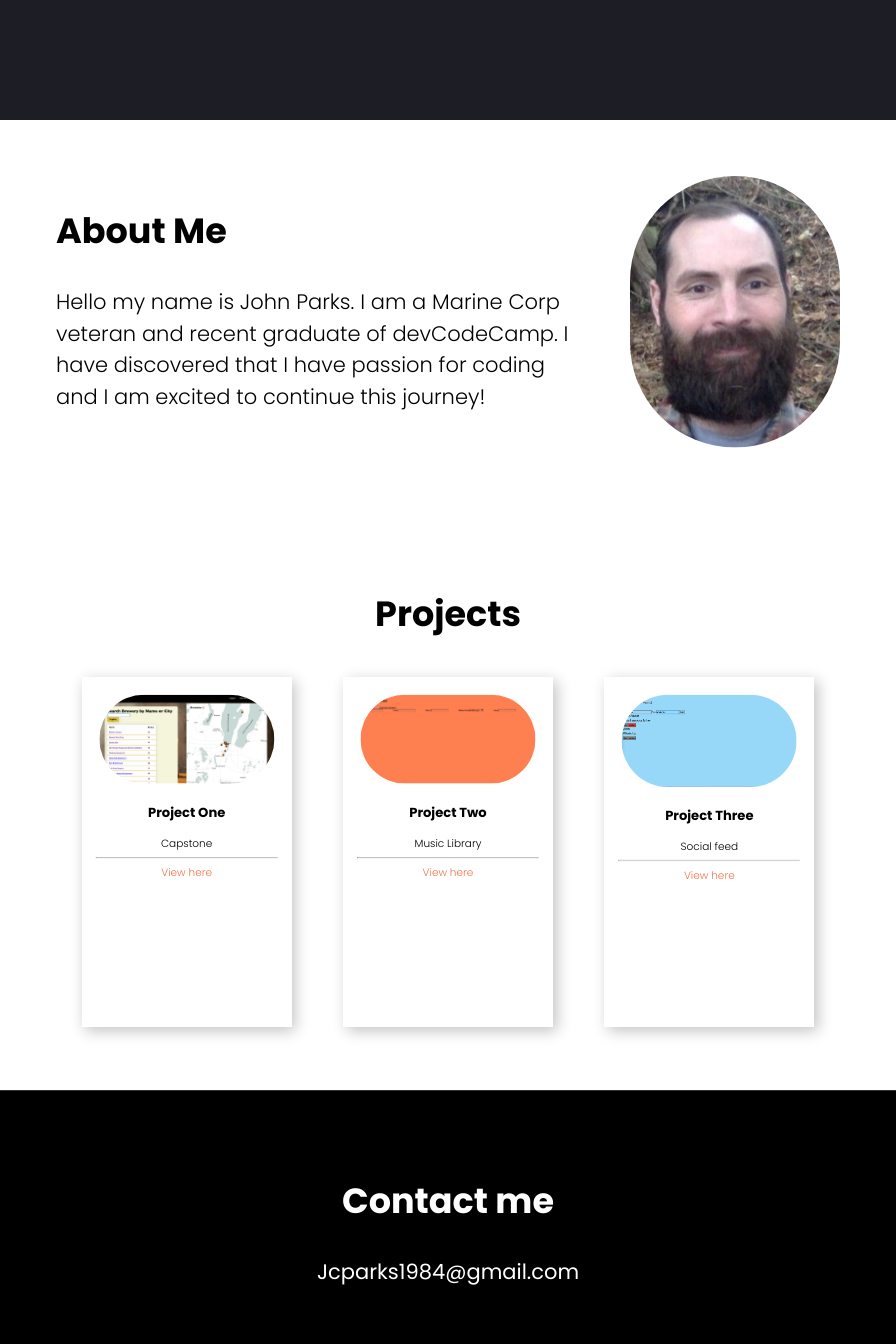
Repository: Jcparks84/Portfolio
Page: index.html
The author's editor kept a copy of each file at every save. The page is drawn from the files as they stood at one save, then again after the next save.
The browser window is 1280 px wide. The pictures show the part of the page from y = 549 to 2469 px (the page is 2469 px tall), at 70% of full size.
A picture or video elsewhere on the page could not be fetched, so the positions and the page height are approximate. Some web libraries are served in a nearby version.

Above is the page before, as saved 2022-08-10 18:51:45.

### index.html
<!DOCTYPE html>
<html>
  <head>
    <link rel="stylesheet" href="src/styles.css" />
    <link rel="preconnect" href="https://fonts.gstatic.com">
    <link rel="preconnect" href="https://fonts.gstatic.com">
    <link href="https://fonts.googleapis.com/css2?family=Poppins:wght@300;400;600;700;800&display=swap" rel="stylesheet">
    <script src="https://kit.fontawesome.com/761e4c8e5c.js" crossorigin="anonymous"></script>
    <title>Portfolio</title>
    <meta charset="UTF-8" />
  </head>
  <body>
      <section class="hero">
          <nav>
            <img class="logo" src="src/images/coding-png-11.png" alt="John's Logo"/>
            <ul id="nav-list">
                  <li><a href="#about-me">About me</a></li>
                  <li><a href="#projects">Projects</a></li>
                  <li><a href="#contact-me">Contact</a></li>
              </ul>
              <button class="hamburger" id="hamburger">
                  <i class="fas fa-bars"></i>
              </button>
          </nav>
          <div class="hero-area">
            <div class="hero-text">
                <h1>John Parks</h1>
                <p>Full Stack Developer</p>
                <div class="button"><a href="#about-me">About me</a></div>
            </div>
            <div class="socials">
                <!-- lnkedin -->
                <a href="https://www.linkedin.com/in/jcparks84/" class="social">
                    <svg xmlns="http://www.w3.org/2000/svg" fill="#ffffff" width="50" height="50" viewBox="0 0 24 24"><path d="M19 0h-14c-2.761 0-5 2.239-5 5v14c0 2.761 2.239 5 5 5h14c2.762 0 5-2.239 5-5v-14c0-2.761-2.238-5-5-5zm-11 19h-3v-11h3v11zm-1.5-12.268c-.966 0-1.75-.79-1.75-1.764s.784-1.764 1.75-1.764 1.75.79 1.75 1.764-.783 1.764-1.75 1.764zm13.5 12.268h-3v-5.604c0-3.368-4-3.113-4 0v5.604h-3v-11h3v1.765c1.396-2.586 7-2.777 7 2.476v6.759z"/></svg>
                </a>
                <!-- Github -->
                <a href="https://github.com/Jcparks84" class="social">
                    <svg xmlns="http://www.w3.org/2000/svg" fill="#ffffff" width="50" height="50" viewBox="0 0 24 24"><path d="M12 0c-6.626 0-12 5.373-12 12 0 5.302 3.438 9.8 8.207 11.387.599.111.793-.261.793-.577v-2.234c-3.338.726-4.033-1.416-4.033-1.416-.546-1.387-1.333-1.756-1.333-1.756-1.089-.745.083-.729.083-.729 1.205.084 1.839 1.237 1.839 1.237 1.07 1.834 2.807 1.304 3.492.997.107-.775.418-1.305.762-1.604-2.665-.305-5.467-1.334-5.467-5.931 0-1.311.469-2.381 1.236-3.221-.124-.303-.535-1.524.117-3.176 0 0 1.008-.322 3.301 1.23.957-.266 1.983-.399 3.003-.404 1.02.005 2.047.138 3.006.404 2.291-1.552 3.297-1.23 3.297-1.23.653 1.653.242 2.874.118 3.176.77.84 1.235 1.911 1.235 3.221 0 4.609-2.807 5.624-5.479 5.921.43.372.823 1.102.823 2.222v3.293c0 .319.192.694.801.576 4.765-1.589 8.199-6.086 8.199-11.386 0-6.627-5.373-12-12-12z"/></svg>
                </a>
            </div>
            </div>
          </div>
      </section>
      <section class="sub-section" id="about-me">
          <div class="information">
              <h2>About Me</h2>
              <p>Hello my name is John Parks.  I am a Marine Corp veteran and recent graduate of devCodeCamp.
                I have discovered that I have passion for coding and I am excited to continue this journey!</p>
          </div>
          <div class="headshot-container">
            <img class="headshot" src="src/images/headshot.png" alt="image" loading="lazy">
        </div>
      </section>
      <section class="sub-section-alternative" id="projects">
          <h2>Projects</h2>
          <div class="project-container">
              <div class="project-card">
                  <img class="project-image" src="/Users/johnparks/Desktop/random code/Portfolio/src/images/Capstone copy.png" alt="Project One Image"/>
                  <h3>Project One</h3>
                  <p class="subtext">Capstone</p>
                  <hr/>
                  <p class="subtext"><a class="project-link" href="https://github.com/Jcparks84/Capstone">View here</a></p>
              </div>
              <div class="project-card">
                <img class="project-image" src="/Users/johnparks/Desktop/random code/Portfolio/src/images/music_library.png" alt="Project One Image"/>
                <h3>Project Two</h3>
                <p class="subtext">Music Library</p>
                <hr/>
                <p class="subtext"><a class="project-link" href="https://github.com/Jcparks84/music_library">View here</a></p>
              </div>
              <div class="project-card">
                <img class="project-image" src="/Users/johnparks/Desktop/random code/Portfolio/src/images/social_feed.png" alt="Project One Image"/>
                <h3>Project Three</h3>
                <p class="subtext">Social feed</p>
                <hr/>
                <p class="subtext"><a class="project-link" href="https://github.com/Jcparks84/social_feed">View here</a></p>
              </div>
          </div>
      </section>
      <footer id="contact-me">
          <h2>Contact me</h2>
          <a class="mail" href = "mailto: abc@example.com">Jcparks1984@gmail.com</a>
            </footer>
    <script src="src/app.js"></script>
  </body>
</html>

### src/styles.css
body {
    font-family: 'Poppins', sans-serif;
    margin: 0;
}

section {
    background-color: white;
}

.hero {
    background-color: #1c1d25;
    height: 100vh;
    color: white;
    font-size: 40px;
}

footer {
    background-color: black;
    color: white;
    text-align: center;
    padding: 80px;
}

nav {
    display: flex;
    justify-content: space-between;
}

ul {
    display: flex;
    list-style-type: none;
    width: 500px;
    justify-content: space-around;
    font-size: 30px;
}

li {
    text-decoration: none;
}

h1 {
    font-size: 90px;
    margin: 0;
}

h2 {
    font-size: 50px;
}

p {
    margin: 0;
    font-size: 30px;
    font-weight: 300;
}

.subtext {
    font-size: 15px;
    font-weight: 300;
}

.hero-area {
    display: flex;
    height: 100%;
    justify-content: space-between;
    align-items: center;
}

.hero-text {
    margin-left: 80px;
    margin-bottom: 200px;
}

.button {
    width: 200px;
    height: 55px;
    border-radius: 30px;
    background-color: coral;
    text-align: center;
    font-size: 30px;
    font-weight: 300;
    padding-top: 5px;
    margin-top: 20px;
}

.button:hover {
    background-color: #ef744b;
}

.button:active {
    background-color: #A9A9A9;
    color: #808080;
}

.socials {
    padding-bottom: 200px;
}

.logo {
    height: 80px;
    margin: 30px;
}
.social {
    margin: 20px;
}

.sub-section {
    display: flex;
    justify-content: space-around;
    padding: 80px;
}

.sub-section-alternative {
    display: flex;
    flex-direction: column;
    text-align: center;
    padding: 80px;
}

.headshot {
    width: 300px;
    border-radius: 150px;
    margin-left: 80px;
}

.headshot-container {
    display: flex;
    align-items: center;
}

.project-card {
    width: 300px;
    height: 500px;
    box-shadow: 5px 5px 20px rgb(197, 195, 195);
    margin: 10px;
}

.project-container {
    display: flex;
    justify-content: space-around;
}

@media only screen and (max-width: 1000px) {
    .project-container {
        display: flex;
        flex-wrap: wrap;
    }
}

.project-image {
    margin-top: 25px;
    width: 250px;
    border-radius: 125px;
}

hr {
    margin-left: 20px;
    margin-right: 20px;
}

.project-link {
    text-decoration: none;
    color: #ef744b;
}

a {
    text-decoration: none;
    color: white;
}

.hamburger {
    display: none;
}

.hamburger:focus{
    outline: 0;
}

.mail {
    font-size: 30px;
}


@media only screen and (max-width: 1000px) {
    .hamburger {
        display: block;
        border: 0;
        background-color: transparent;
        color: white;
        font-size: 30px;
        margin: 20px;
        align-self: flex-end;
    }

    ul {
        display: none;
        background-color: #2b2c38;
        margin: 0ppx;
    }

    ul.show {
        display: block;
    }

    nav {
        display: flex;
        flex-direction: column-reverse;
        background-color: #2b2c38;
    }

    .logo {
        display: none;
    }
}

Loaded but not shown: src/app.js (common file)

After the next save:
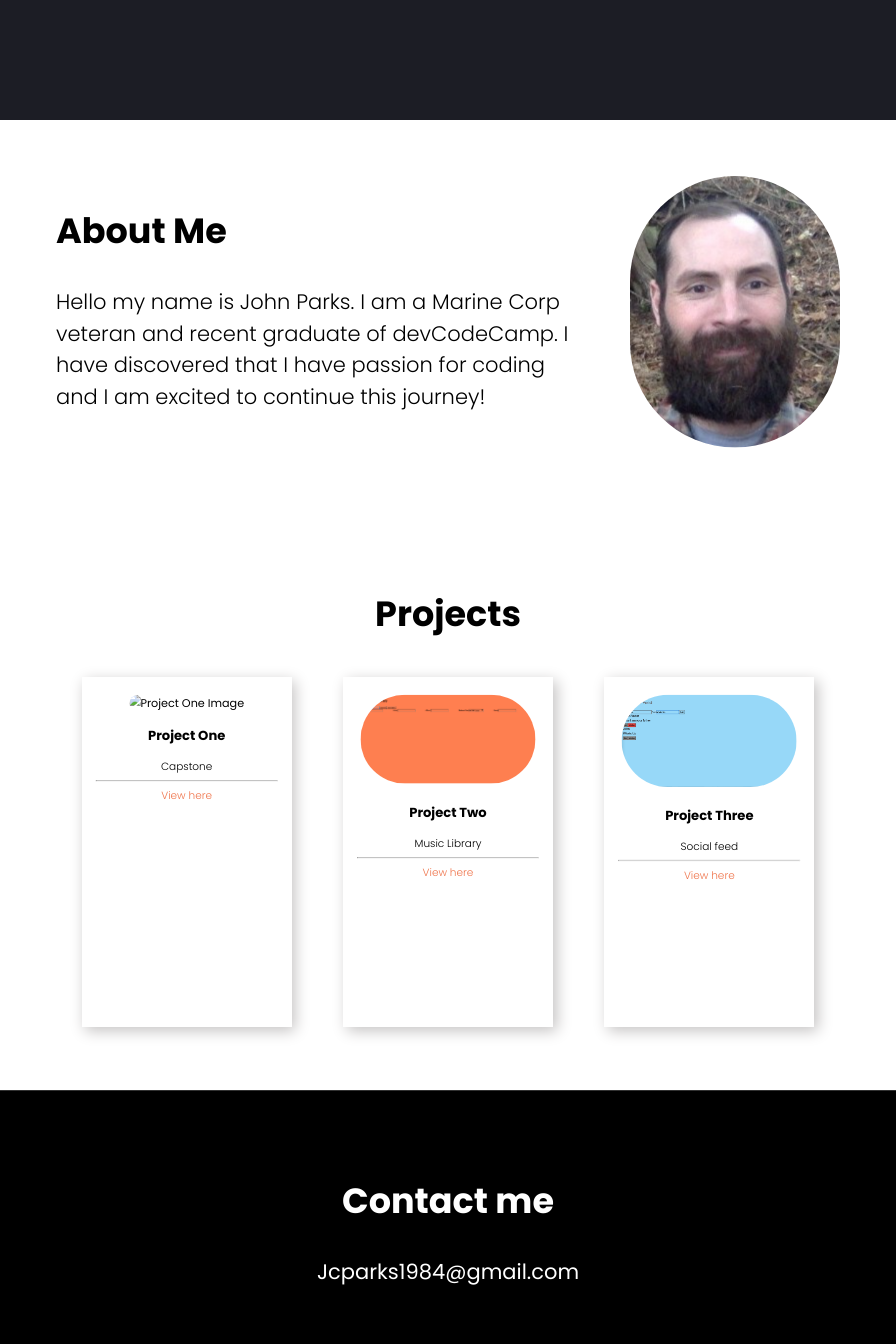
Saved 9 s later.
--- a/index.html
+++ b/index.html
@@ -55,7 +55,7 @@
           <h2>Projects</h2>
           <div class="project-container">
               <div class="project-card">
-                  <img class="project-image" src="/Users/johnparks/Desktop/random code/Portfolio/src/images/Capstone copy.png" alt="Project One Image"/>
+                  <img class="project-image" src="" alt="Project One Image"/>
                   <h3>Project One</h3>
                   <p class="subtext">Capstone</p>
                   <hr/>
